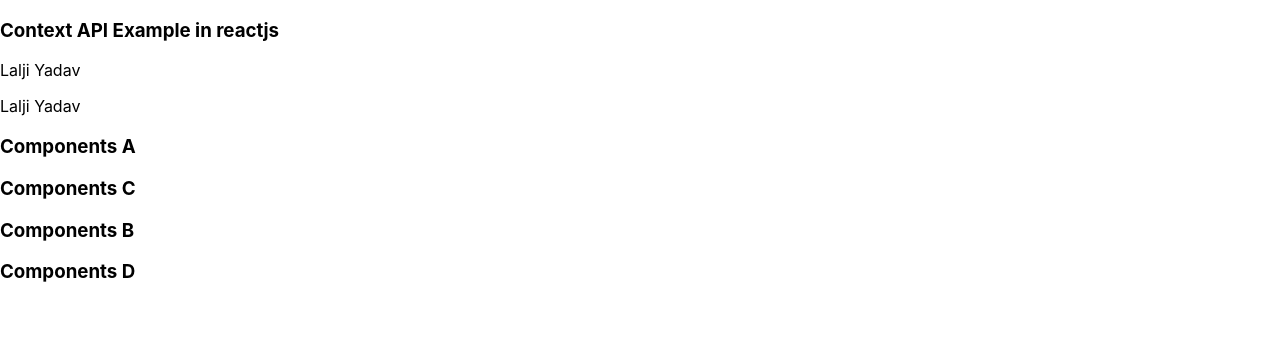
Repository: lalji-yadav/React-Context-API
Page: /a
These files come from the project's save history. The page is drawn as it stood at one moment and after the next save; the edit follows.
The browser window is 1280 px wide. The pictures show the whole page.
The project was rebuilt for these pictures with package versions that can differ from the ones it lists, and the page was loaded fresh each time. Also part of the build but not shown: src/App.css.

Above is the page before, as saved 2021-02-09 16:42:47.

After the next save:
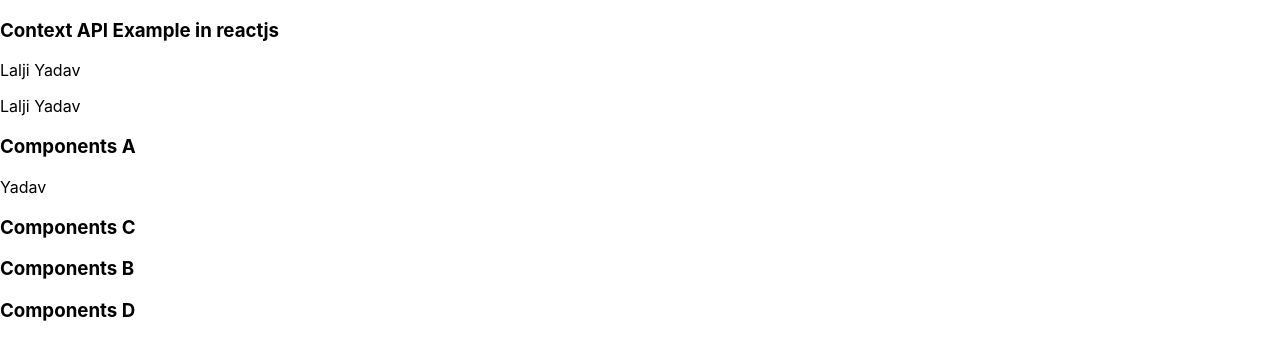
Saved 31 s later.
--- a/src/components/A.js
+++ b/src/components/A.js
@@ -1,10 +1,11 @@
 import React from 'react';
 import C from "./C";
 
-const A = () => {
+const A = (props) => {
     return (
         <div>
              <h3> Components A </h3>
+              <p>{props.name}</p>
              <C />
         </div>
     );
